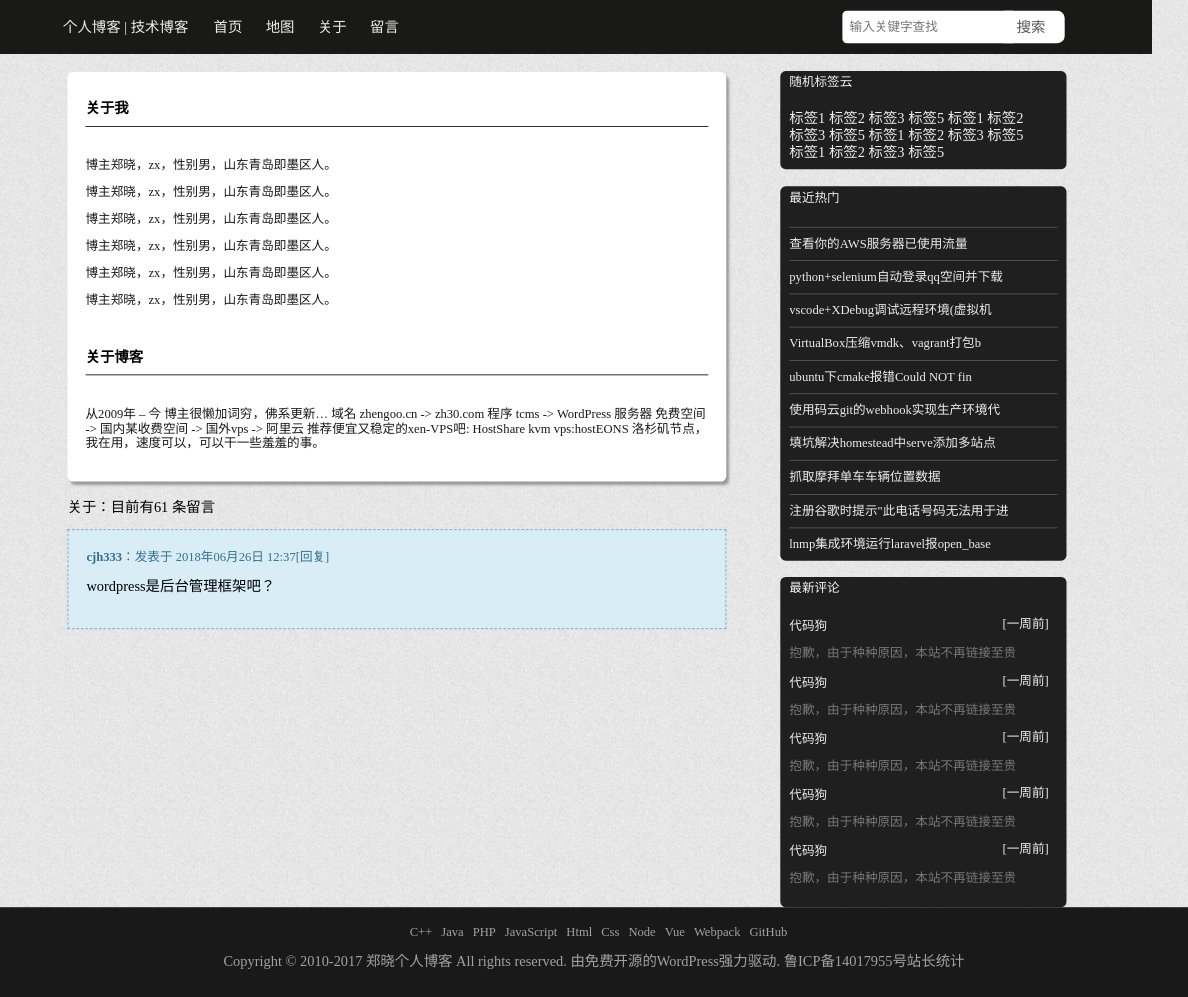
Repository: li1214/my_blog
Page: page/about.html
These files come from the project's save history. The page is drawn as it stood at one moment and after the next save; the edit follows.
The browser window is 1280 px wide. The page is 1320 px wide, so the pictures cover 1320 px, including what lies to the right of the window. The pictures show the whole page, at 90% of full size.

Above is the page before, as saved 2019-01-04 14:29:13.

### page/about.html
<!DOCTYPE html>
<html lang="en">

<head>
    <meta charset="UTF-8" />
    <meta name="viewport" content="width=device-width, initial-scale=1.0" />
    <meta http-equiv="X-UA-Compatible" content="ie=edge" />
    <title>个人博客</title>
    <link href="./css/base.css" rel="stylesheet" type="text/css" />
    <link href="./css/about.css" rel="stylesheet" type="text/css" />
</head>

<body>
    <header>
        <div class="container">
            <a>个人博客 | 技术博客</a>
            <ul>
                <li><a href="">首页</a></li>
                <li><a href="">地图</a></li>
                <li><a href="">关于</a></li>
                <li><a href="">留言</a></li>
            </ul>
            <div class="search">
                <input type="text" placeholder="输入关键字查找" />
                <button>搜索</button>
            </div>
        </div>
    </header>
    <div class="content">
        <div class="content-left">
            <div class='about'>
                <div class='about-me'>
                    <h4>关于我</h4>
                    <p>博主郑晓，zx，性别男，山东青岛即墨区人。</p>
                    <p>博主郑晓，zx，性别男，山东青岛即墨区人。</p>
                    <p>博主郑晓，zx，性别男，山东青岛即墨区人。</p>
                    <p>博主郑晓，zx，性别男，山东青岛即墨区人。</p>
                    <p>博主郑晓，zx，性别男，山东青岛即墨区人。</p>
                    <p>博主郑晓，zx，性别男，山东青岛即墨区人。</p>
                </div>
                <div class='about-blog'>
                    <h4>关于博客</h4>
                    <p>从2009年 – 今
                    博主很懒加词穷，佛系更新…
                    域名 zhengoo.cn -> zh30.com
                    程序 tcms -> WordPress
                    服务器 免费空间 -> 国内某收费空间 -> 国外vps -> 阿里云

                    推荐便宜又稳定的xen-VPS吧: HostShare
                    kvm vps:hostEONS 洛杉矶节点，我在用，速度可以，可以干一些羞羞的事。</p>
                </div>
            </div>
            <div class='liuyan'>
                <span>关于：目前有61 条留言</span>
                <div class='liuyan-item'>
                    <span><b>cjh333</b>：发表于 2018年06月26日 12:37[回复]</span>
                    <p>wordpress是后台管理框架吧？</p>
                </div>
            </div>
            <div>
                <form action="">

                </form>
            </div>
        </div>
        <div class="content-right">
            <div class="right-box">
                <h4>随机标签云</h4>
                <div class="contents">
                    <a>标签1</a> <a>标签2</a> <a>标签3</a> <a>标签5</a> <a>标签1</a>
                    <a>标签2</a> <a>标签3</a> <a>标签5</a> <a>标签1</a> <a>标签2</a>
                    <a>标签3</a> <a>标签5</a> <a>标签1</a> <a>标签2</a> <a>标签3</a>
                    <a>标签5</a>
                </div>
            </div>
            <div class="right-box" style="padding-bottom: 0;">
                <h4>最近热门</h4>
                <div class="contents">
                    <ul class="list-group">
                        <li class="list-group-item">
                            <a href="https://www.zh30.com/aws-ec2-cloudwatch.html">查看你的AWS服务器已使用流量</a>
                        </li>
                        <li class="list-group-item">
                            <a href="https://www.zh30.com/python-selenium-qqzone-album.html">python+selenium自动登录qq空间并下载</a>
                        </li>
                        <li class="list-group-item">
                            <a href="https://www.zh30.com/vscode-xdebug-remote-vagrant-php.html">vscode+XDebug调试远程环境(虚拟机</a>
                        </li>
                        <li class="list-group-item">
                            <a href="https://www.zh30.com/virtualbox-vmdk-vagrant-box.html">VirtualBox压缩vmdk、vagrant打包b</a>
                        </li>
                        <li class="list-group-item">
                            <a href="https://www.zh30.com/ubuntu-cmake-could-not-find-boost.html">ubuntu下cmake报错Could
                                NOT fin</a>
                        </li>
                        <li class="list-group-item">
                            <a href="https://www.zh30.com/webhook-git-pull.html">使用码云git的webhook实现生产环境代</a>
                        </li>
                        <li class="list-group-item">
                            <a href="https://www.zh30.com/homestead-serve-add-sites.html">填坑解决homestead中serve添加多站点</a>
                        </li>
                        <li class="list-group-item">
                            <a href="https://www.zh30.com/crawl-mobike-location.html">抓取摩拜单车车辆位置数据</a>
                        </li>
                        <li class="list-group-item">
                            <a href="https://www.zh30.com/google-register-phone-verification.html">注册谷歌时提示"此电话号码无法用于进</a>
                        </li>
                        <li class="list-group-item">
                            <a href="https://www.zh30.com/lnmp-laravel-open_basedir.html">lnmp集成环境运行laravel报open_base</a>
                        </li>
                    </ul>
                </div>
            </div>
            <div class="right-box">
                <h4>最新评论</h4>
                <div class="contents">
                    <div class='item'>
                        <div class='item-title'>
                            <span>代码狗</span>
                            <span class='spanr'>[一周前]</span>
                        </div>
                        <p class='item-comtebt'>
                            抱歉，由于种种原因，本站不再链接至贵
                        </p>
                    </div>
                    <div class='item'>
                        <div class='item-title'>
                            <span>代码狗</span>
                            <span class='spanr'>[一周前]</span>
                        </div>
                        <p class='item-comtebt'>
                            抱歉，由于种种原因，本站不再链接至贵
                        </p>
                    </div>
                    <div class='item'>
                        <div class='item-title'>
                            <span>代码狗</span>
                            <span class='spanr'>[一周前]</span>
                        </div>
                        <p class='item-comtebt'>
                            抱歉，由于种种原因，本站不再链接至贵
                        </p>
                    </div>
                    <div class='item'>
                        <div class='item-title'>
                            <span>代码狗</span>
                            <span class='spanr'>[一周前]</span>
                        </div>
                        <p class='item-comtebt'>
                            抱歉，由于种种原因，本站不再链接至贵
                        </p>
                    </div>
                    <div class='item'>
                        <div class='item-title'>
                            <span>代码狗</span>
                            <span class='spanr'>[一周前]</span>
                        </div>
                        <p class='item-comtebt'>
                            抱歉，由于种种原因，本站不再链接至贵
                        </p>
                    </div>
                </div>
            </div>
        </div>
    </div>
    <footer>
        <ul>
            <li>C++</li>
            <li>Java</li>
            <li>PHP</li>
            <li>JavaScript</li>
            <li>Html</li>
            <li>Css</li>
            <li>Node</li>
            <li>Vue</li>
            <li>Webpack</li>
            <li>GitHub</li>
        </ul>
        <p>Copyright © 2010-2017 郑晓个人博客 All rights reserved. 由免费开源的WordPress强力驱动. 鲁ICP备14017955号站长统计</p>
    </footer>
</body>

</html>

### page/css/base.css
html {line-height: 1.15; /* 1 */-webkit-text-size-adjust: 100%; /* 2 */}
body {margin: 0;}
@font-face{
    font-family: 'myicon';
    src: url('../font/glyphicons-halflings-regular.woff2')
}
ul{padding: 0}
main {
  display: block;
}
h1 {
  font-size: 2em;
  margin: 0.67em 0;
}
hr {
  box-sizing: content-box; /* 1 */
  height: 0; /* 1 */
  overflow: visible; /* 2 */
}
pre {
  font-family: monospace, monospace; /* 1 */
  font-size: 1em; /* 2 */
}
a {
  background-color: transparent;
}
abbr[title] {
  border-bottom: none; /* 1 */
  text-decoration: underline; /* 2 */
  text-decoration: underline dotted; /* 2 */
}
b,
strong {
  font-weight: bolder;
}
code,
kbd,
samp {
  font-family: monospace, monospace; /* 1 */
  font-size: 1em; /* 2 */
}
small {
  font-size: 80%;
}
sub,
sup {
  font-size: 75%;
  line-height: 0;
  position: relative;
  vertical-align: baseline;
}
sub {
  bottom: -0.25em;
}
sup {
  top: -0.5em;
}
img {
  border-style: none;
}
button,
input,
optgroup,
select,
textarea {
  font-family: inherit; /* 1 */
  font-size: 100%; /* 1 */
  line-height: 1.15; /* 1 */
  margin: 0; /* 2 */
}
button,
input { /* 1 */
  overflow: visible;
}
button,
select { /* 1 */
  text-transform: none;
}
button,
[type="button"],
[type="reset"],
[type="submit"] {
  -webkit-appearance: button;
}
button::-moz-focus-inner,
[type="button"]::-moz-focus-inner,
[type="reset"]::-moz-focus-inner,
[type="submit"]::-moz-focus-inner {
  border-style: none;
  padding: 0;
}
button:-moz-focusring,
[type="button"]:-moz-focusring,
[type="reset"]:-moz-focusring,
[type="submit"]:-moz-focusring {
  outline: 1px dotted ButtonText;
}
fieldset {
  padding: 0.35em 0.75em 0.625em;
}
legend {
  box-sizing: border-box; /* 1 */
  color: inherit; /* 2 */
  display: table; /* 1 */
  max-width: 100%; /* 1 */
  padding: 0; /* 3 */
  white-space: normal; /* 1 */
}
progress {
  vertical-align: baseline;
}
textarea {
  overflow: auto;
}

[type="checkbox"],
[type="radio"] {
  box-sizing: border-box; /* 1 */
  padding: 0; /* 2 */
}
[type="number"]::-webkit-inner-spin-button,
[type="number"]::-webkit-outer-spin-button {
  height: auto;
}

[type="search"] {
  -webkit-appearance: textfield; /* 1 */
  outline-offset: -2px; /* 2 */
}

[type="search"]::-webkit-search-decoration {
  -webkit-appearance: none;
}
::-webkit-file-upload-button {
  -webkit-appearance: button; /* 1 */
  font: inherit; /* 2 */
}
details {
  display: block;
}
summary {
  display: list-item;
}
template {
  display: none;
}
[hidden] {
  display: none;
}
a{text-decoration: none;}
/* ========================================================== css reset ========================================================== */

body {
    width: 100%;
    height: 100%;
    background-image: url(../image/bg.jpg);
    background-repeat: repeat;
    overflow-x: hidden;
}

header{
    width: 100%;
    height: 60px;
    background-color: #191918;
}
header .container {
    width:1170px;
    height: 100%;
    margin: 0 auto;
}
header .container>a{
    display: block;
    float: left;
    color: #eee;
    line-height: 60px;
    margin: 0 15px;
    font-size: 16px;
}
header .container>ul{
    float: left;
    margin: 0;
    padding: 0;
}
header .container>ul>li{
    display: inline-block;
    float: left;
}
header .container>ul>li a{
    color: #eee;
    display: inline-block;
    height: 60px;
    width: 58px;
    line-height: 60px;
    text-align: center;
}
header .container .search{
    float: right;
    height: 100%;
    position: relative;
    right: 117px;
}
header .container .search>input{
    display: inline-block;
    position: absolute;
    height: 26px;
    padding: 5px 8px;
    border-radius: 5px;
    border:none;
    outline: none;
    font-size: 14px;
    margin-top: 12px;
    left: -172px;
}
header .container .search > button{
    outline: none;
    display: inline-block;
    position: absolute;
    width: 75px;
    height: 36px;
    padding: 5px 10px;
    border-radius: 8px;
    margin-top: 12px;
    cursor: pointer;
    color: #555;
    background-color: white;
    border: none;
}
/* ============================================================== header end ===================================================================== */
.content {
    width: 1170px;
    margin: 0 auto;
    position: relative;
    overflow: hidden;
}
.content .content-left{
    float: left;
    width: 66%;
    box-sizing: border-box;
    padding: 0 20px;
}
.content .content-right{
    float: right;
    width: 34%;
    box-sizing: border-box;
}
.right-box{
    background-color: #1f1f1f;
    margin-top: 20px;
    width: 80%;
    margin: 0 auto;
    box-sizing: border-box;
    border-radius: 6px;
    padding-bottom: 10px;
}
.right-box>h4 {
    color: #f4f4f4;
    font-weight: normal;
    padding: 5px 10px;
    font-size: 14px;
}
.right-box .contents{
    color: #eee;
    padding: 0 10px 0px 10px;
}
/* .right-box .contents a::after{
    display: block;
    content: '';
    overflow: hidden;
    clear: both;
    position: absolute;
} */
.right-box .contents>a{
    display: inline-block;
}
.right-box .contents li{
    width: 100%;
    list-style: none;
    white-space:nowrap;
    overflow: hidden;
   text-overflow: ellipsis;
    border-top:1px solid #555;
}
.right-box .contents li a{
    font-size: 14px;
    display: inline-block;
    color: #eee;
    padding: 10px 0;
}
.right-box .item .item-title{position: relative;}
.right-box .item .item-title span{display: inline-block;font-size: 14px;font-weight: normal;}
.right-box .item .item-title span.spanr{
    position: absolute;
    right: 10px;
}
.right-box .item > p{color: #777;font-size: 14px;}


/* =====================================================================  footer start ================================================================= */

footer{
    width: 100%;
    height: 60px;
    background: #191919;
    text-align: center;
    padding: 20px;
}
footer ul{
    display: inline-block;
    margin:  0 auto;
    text-align: center;
}
footer ul li{
    display: inline-block;
    color: #a2a2a2;
    float: left;
    font-size: 14px;
    margin-left: 10px;
    cursor: pointer;
    text-align: center;
}
footer p {
    margin-top: 10px;
    color: #a2a2a2;
}

### page/css/about.css

.about{
    width: 100%;
    background-color: #fff;
    border-radius: 6px;
    padding: 0 20px 20px 20px;
    margin-top: 20px;
    box-shadow: 3px 4px 3px #999;
    box-sizing: border-box;
}
.about-me > h4,.about-blog > h4{
    display: inline-block;
    padding: 10px 0;
    width: 100%;
    border-bottom: 1px solid #191919;
}
.about-me p,.about-blog > p{
    color: #191919;
    font-size: 14px;
}
.liuyan{
    width: 100%;
    margin-top: 20px;
}
.liuyan-item{
    width: 100%;
    border:1px #7ca4c1 dashed;
    background-color: #d9edf7;
    margin-top: 15px;
    padding: 20px;
    box-sizing: border-box;
}
.liuyan-item span{
    font-size: 14px;
    color: #31708f;
}

After the next save:
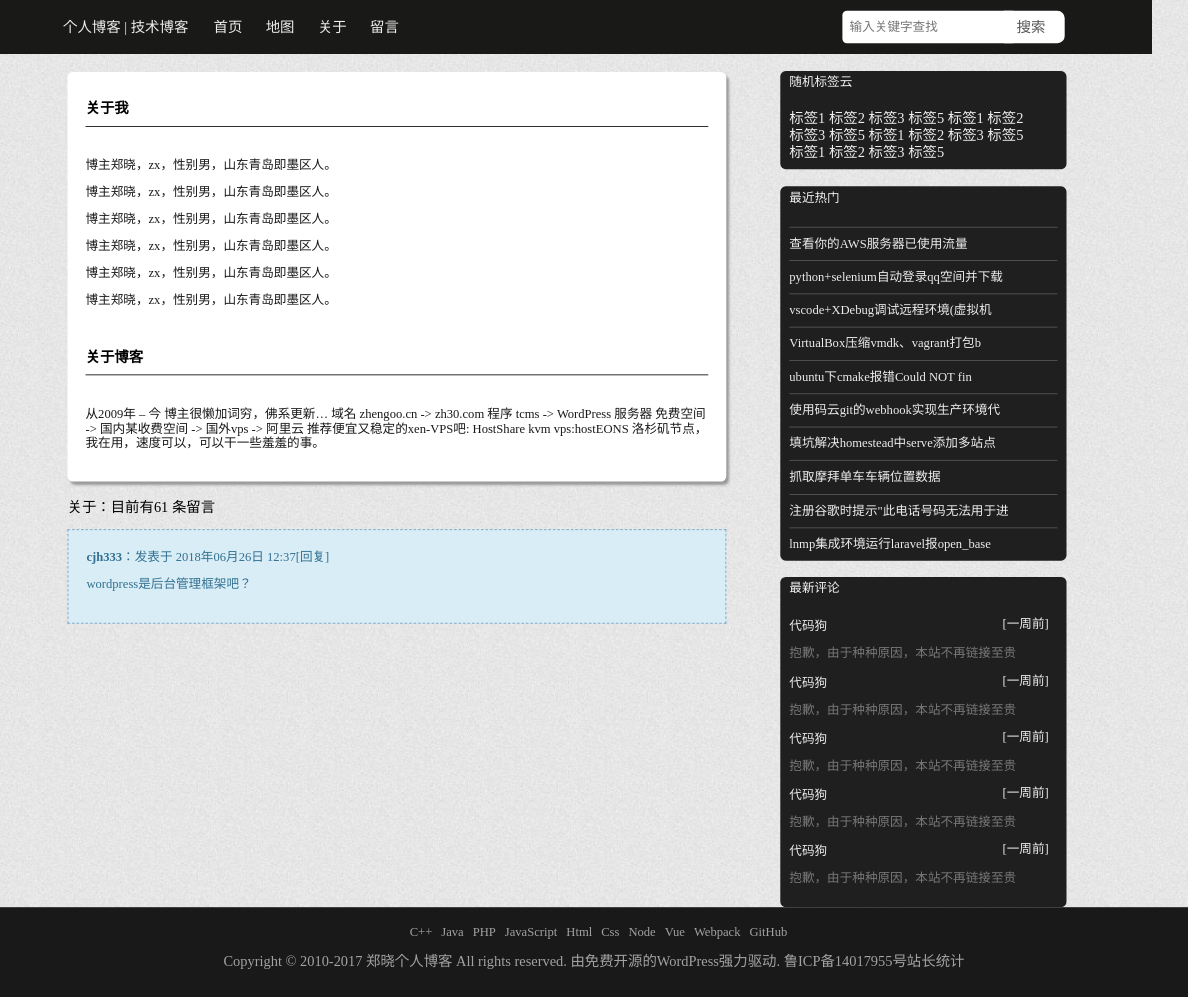
Saved 12 s later.
--- a/page/css/about.css
+++ b/page/css/about.css
@@ -30,7 +30,7 @@
     padding: 20px;
     box-sizing: border-box;
 }
-.liuyan-item span{
+.liuyan-item span,.liuyan-item p{
     font-size: 14px;
     color: #31708f;
 }
